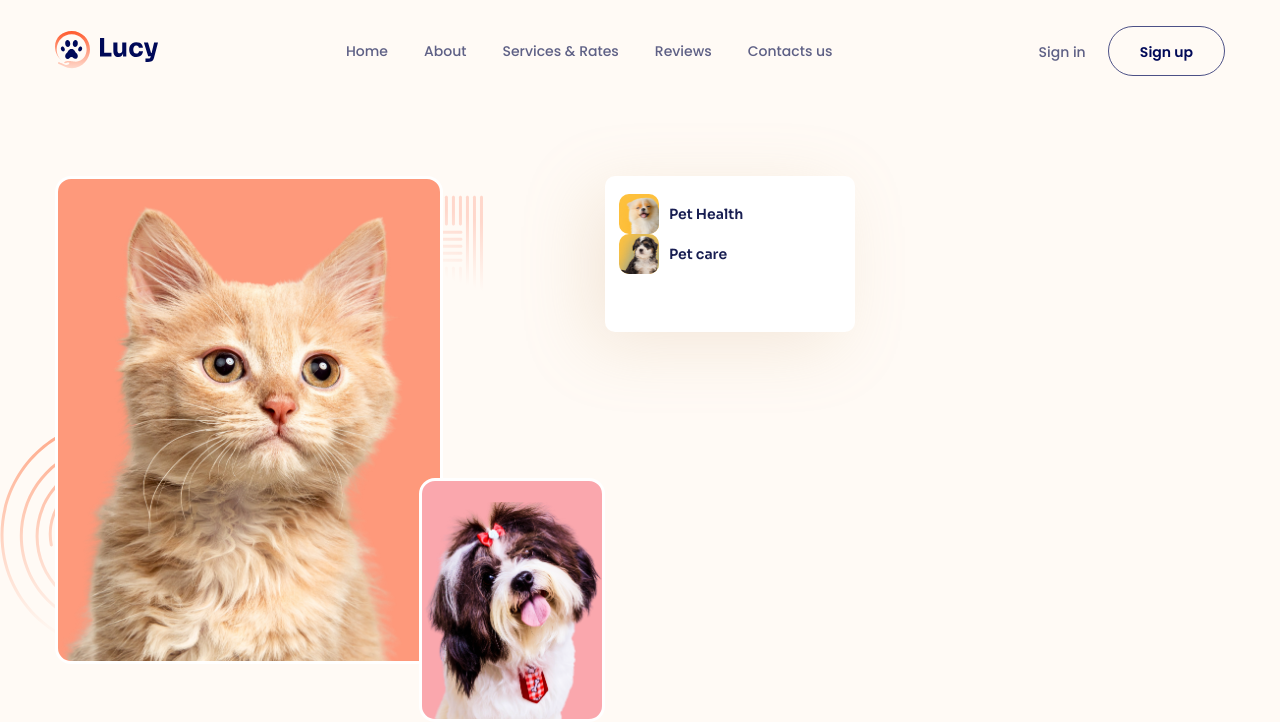
Repository: empty24062002/f8-project-05
Page: index.html
An editor plug-in stored every save of this project. The page is shown before and after the next save, followed by the edit.
The browser window is 1280 px wide. The pictures show the whole page.

Above is the page before, as saved 2023-09-09 17:47:45.

After the next save:
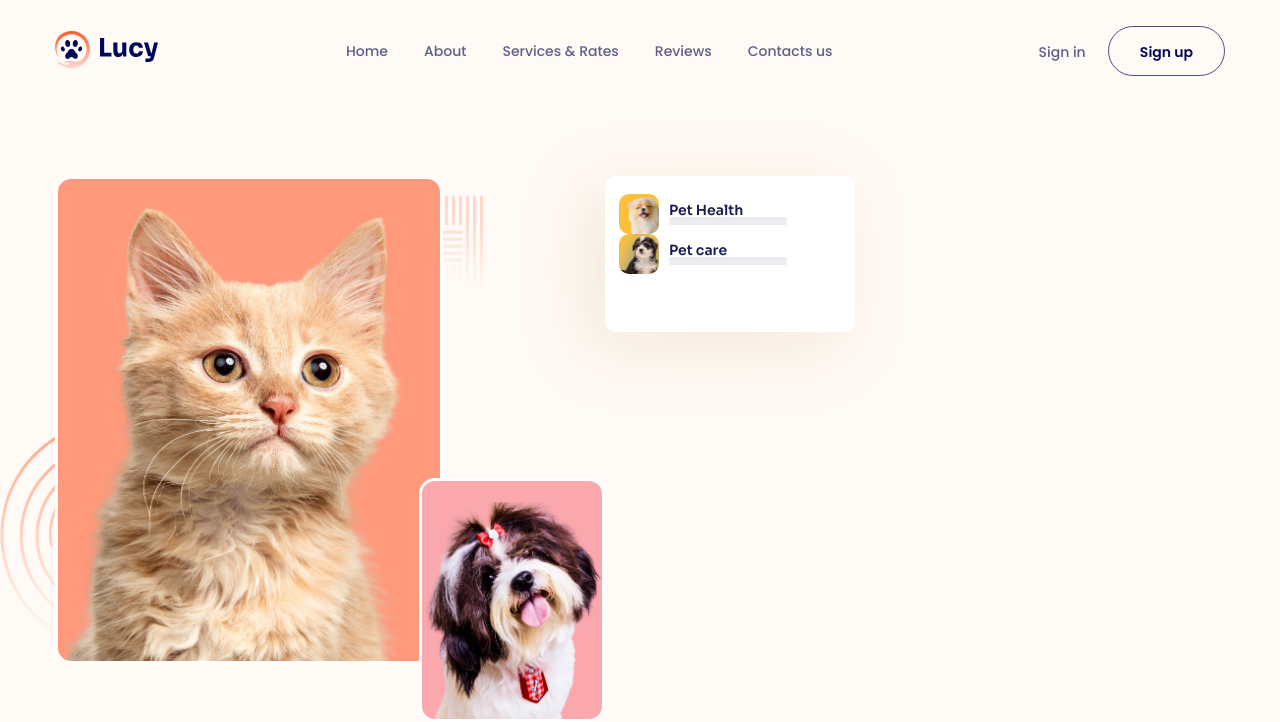
Saved 72 s later.
--- a/assets/css/styles.css
+++ b/assets/css/styles.css
@@ -185,3 +185,11 @@ a {
     font-weight: 600;
     line-height: 1;
 }
+
+.hero-list-item__skeleton {
+    width: 118px;
+    height: 4px;
+    border-radius: 10px;
+    opacity: 0.08;
+    background: #000958;
+}
